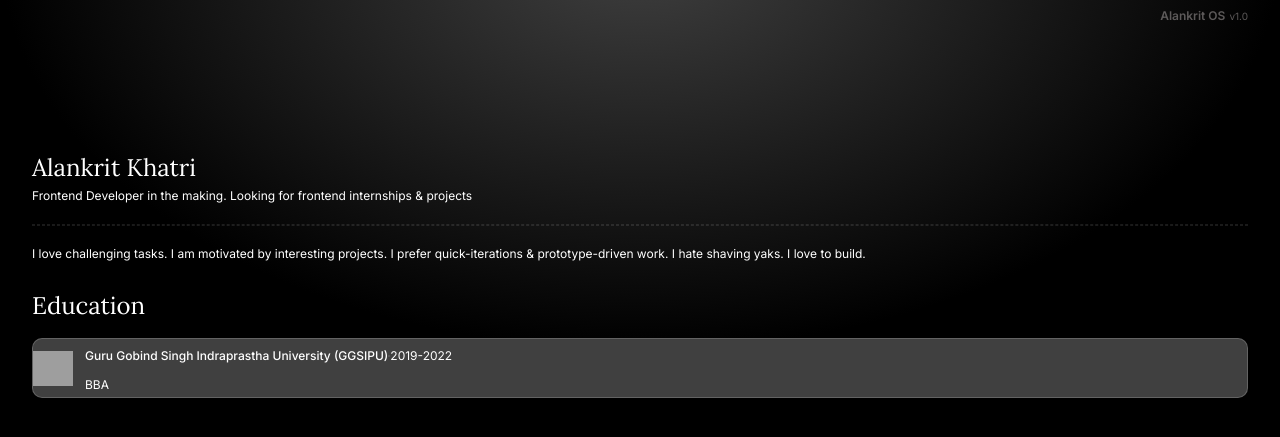
Repository: alankritkhatri/alankrit.xyz
Page: /
These files come from the project's save history. The page is drawn as it stood at one moment and after the next save; the edit follows.
The browser window is 1280 px wide. The pictures show the whole page.
Pictures or frames that could not be fetched are drawn as grey boxes. The project was rebuilt for these pictures with package versions that can differ from the ones it lists, and the page was loaded fresh each time. Also part of the build but not shown: vite.config.js, src/blog.jsx.

Above is the page before, as saved 2024-08-11 21:27:41.

### index.html
<!DOCTYPE html>
<html lang="en">
  <head>
    <meta charset="UTF-8" />

    <link rel="icon" type="image/svg+xml" href="/vite.svg" />
    <link rel="preconnect" href="https://fonts.googleapis.com" />
    <link rel="preconnect" href="https://fonts.gstatic.com" crossorigin />
    <link
      href="https://fonts.googleapis.com/css2?family=Inter:wght@100..900&display=swap"
      rel="stylesheet"
    />

    <link
      href="https://fonts.googleapis.com/css2?family=Lora:ital,wght@0,400..700;1,400..700&display=swap"
      rel="stylesheet"
    />
    <!-- Linkedin link -->
    <script
      src="https://platform.linkedin.com/badges/js/profile.js"
      async
      defer
      type="text/javascript"
    ></script>
<meta name="viewport" content="width=device-width, initial-scale=1.0">
    <title>AlankritOS</title>
  </head>
  <body>
    <div id="root"></div>
    <script type="module" src="/src/main.jsx"></script>
  </body>
</html>

### src/App.jsx
import "./App.css";
import { BrowserRouter as Router, Routes, Route, Link } from "react-router-dom";
import Blog from "./blog";
import Home from "./pages/Home/Home";
const App = () => {
  return (
    <div className="main">
      <Router>
        <Link to="/">
          <div className="logo">
            <h1>Alankrit OS</h1>
            <span>v1.0</span>
          </div>
        </Link>
        <Routes>
          <Route path="/" element={<Home />} />
          <Route path="blog" element={<Blog />} />
        </Routes>
      </Router>
    </div>
  );
};

export default App;

### src/App.css
* {
  margin: 0px;
  padding: 0px;
  box-sizing: border-box;
  font-family: Inter, Haettenschweiler, "Arial Narrow Bold", sans-serif;
}

body,html{
  min-height: 100vh;
background: radial-gradient(50% 400px at 50% -50px, #404040, #000000);
background-repeat: no-repeat;
}
.main {
  h1 {
    line-height: 32px;
  }
  h2 {
    line-height: 24px;
  }
  h3 {
    line-height: 16px;
  }
  p {
    line-height: 24px;
  }
  color: white;

  padding: 0px 32px;
  a {
    text-decoration: none;
  }
  .logo {
    color: rgba(126, 121, 121, 0.726);
    display: flex;
    align-items: center;
    justify-content: flex-end;
    gap: 4px;

    font-family: monospace;
    animation: flicker 2s infinite;
    h1 {
      font-size: 12px;
      font-weight: 600;
    }
    span {
      font-size: 10px;
      font-weight: 400;
    }
  }
}
/* logo flickr animation */
@keyframes flicker {
  0% {
    opacity: 0;
  }
  9% {
    opacity: 0;
  }
  10% {
    opacity: 0.5;
  }
  13% {
    opacity: 0;
  }
  20% {
    opacity: 0.5;
  }
  25% {
    opacity: 1;
  }
}

### src/pages/Home/Home.jsx
import Infosection from "../../components/Info-Section/Infosection.jsx";
import "./Home.css";
import data from "../../alankrit_data/data.json";
const Home = () => {
  return (
    <div className="home">
      <div
        className="badge-base LI-profile-badge"
        data-locale="en_US"
        data-size="medium"
        data-theme="dark"
        data-type="VERTICAL"
        data-vanity="alankrit-khatri"
        data-version="v1"
      >
        {" "}
        </div>

      <div className="about-section">
        <h1 className="name">Alankrit Khatri</h1>
        <p>
          Frontend Developer in the making. Looking for frontend internships &
          projects
        </p>
        <div className="dashed-line"></div>
        <p>
          I love challenging tasks. I am motivated by interesting projects. I
          prefer quick-iterations & prototype-driven work. I hate shaving yaks.
          I love to build.
        </p>
      </div>
      <div className="education-section">
        <h1>Education</h1>
        <Infosection {...data} />




        {console.log(data)}
      </div>
    </div>
  );
};

export default Home;

### src/components/Info-Section/Infosection.jsx
import "./infoSection.css";
const Infosection = (props) => {
  return (
    <>
      <div className="infosection-details">
        <img
          src={props[0].educationDetails.bachelors.logo}
          alt=""
          style={{ width: "40px", height: "35px" }}
        />
        <div className=" infosection-info">
          <div className="infosection-info-top ">
            <h2 style={{ opacity: "1", fontWeight: "500" }}>
              {props[0].educationDetails.bachelors.schoolName}
            </h2>
            <div className="dashed-line"></div>
            <h2> {props[0].educationDetails.bachelors.schoolYears} </h2>
          </div>

          <div className="infosection-info-bottom">
            <h2> {props[0].educationDetails.bachelors.course}</h2>
          </div>
        </div>
      </div>
    </>
  );
};

export default Infosection;

### src/pages/Home/Home.css
.home {
  margin: 96px 0px;
  display: flex;
  flex-direction: column;
  gap: 24px;
  /* dashed line  */
  .dashed-line {
    margin: 16px 0px;
    opacity: 0.1;
    border-width: 1px;
    border-style: dashed;
    color: rgb(255 255 255);
  }
  .hide {
    display: none;
  }
  h1 {
    font-family: "Lora", serif;
    font-size: 24px;
    font-weight: 400;
  }
  h2 {
    font-size: 12px;
    font-style: normal;
    font-weight: 400;
  }
  h3 {
    font-size: 10px;
    font-style: normal;
    font-weight: 300;
  }
  p {
    font-size: 12px;
  }
  .about-section {
    display: flex;
    flex-direction: column;
    .name {
      line-height: 32px;
    }
  }
}

### src/alankrit_data/data.json
[
  {
    "educationDetails": {
      "className": "education-details",
      "bachelors": {
        "schoolName": "Guru Gobind Singh Indraprastha University (GGSIPU)",
        "schoolYears": "2019-2022",
        "course": "BBA",
        "logo": "https://encrypted-tbn0.gstatic.com/images?q=tbn:ANd9GcRM9GNTFenU_T9caTwA63o86iaVHMnf9eeEPw&s"
      },
      "masters": {
        "schoolName": "Guru Gobind Singh Indraprastha University (GGSIPU)",
        "schoolYears": "2019-2022",
        "logo": "https://encrypted-tbn0.gstatic.com/images?q=tbn:ANd9GcRM9GNTFenU_T9caTwA63o86iaVHMnf9eeEPw&s"
      }
    }
  }
]

### src/components/Info-Section/infoSection.css
.infosection-details {
  background: rgba(255, 255, 255, 0.25);
  -webkit-backdrop-filter: blur(4px);
  border-radius: 10px;
  border: 1px solid rgba(255, 255, 255, 0.18);
  backdrop-filter: blur(10px);
  backdrop-filter: saturate(180%) blur(10px);
  display: flex;
  align-items: center;
  gap: 12px;
  margin: 16px 0px;

  .infosection {
    width: 100%;
    min-width: 80%;
    * {
      line-height: 16px;
    }
    h3 {
      letter-spacing: -0.26px;
      opacity: 0.5;
    }
    h2 {
      opacity: 0.5;
    }
  }
  .infosection-info-top {
    display: flex;
    justify-content: space-between;
    align-items: center;
  }
}

Loaded but not shown: src/main.jsx (common file)

After the next save:
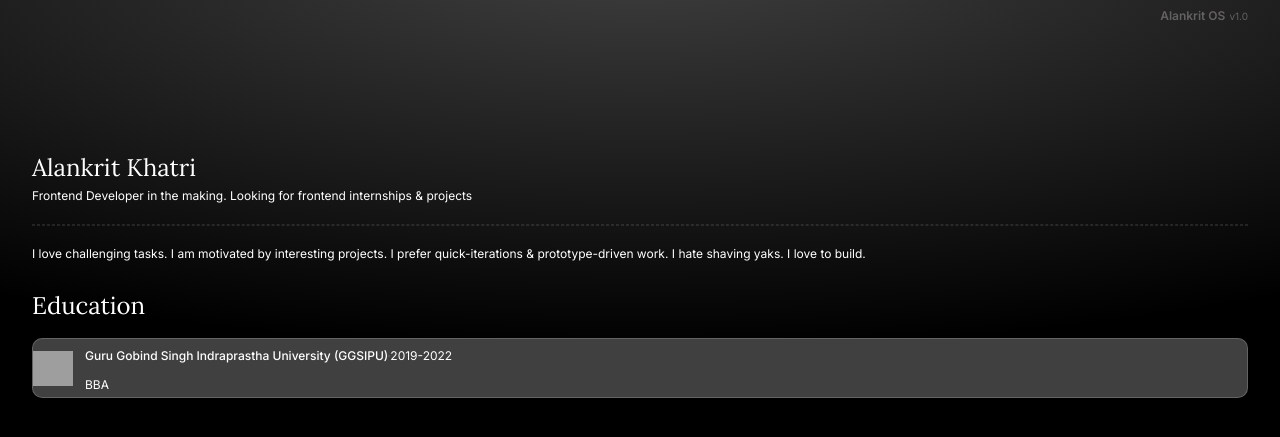
Saved 14 s later.
--- a/src/App.css
+++ b/src/App.css
@@ -7,7 +7,7 @@
 
 body,html{
   min-height: 100vh;
-background: radial-gradient(50% 400px at 50% -50px, #404040, #000000);
+background: radial-gradient(100% 400px at 50% -50px, #404040, #000000);
 background-repeat: no-repeat;
 }
 .main {
